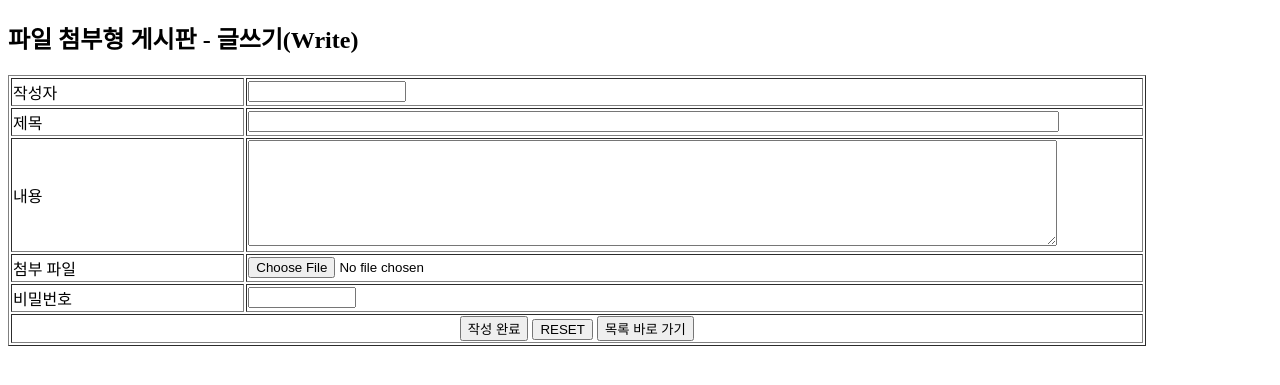
Repository: Suminmer/JSP-practice
Page: http://localhost/MustHaveJSP/14MVCBoard/Edit.jsp
The author's editor kept a copy of each file at every save. The page is drawn from the files as they stood at one save, then again after the next save.
The browser window is 1280 px wide. The pictures show the whole page.
The page is served by Tomcat 9. Other server files are loaded and not shown.

Above is the page before, as saved 2022-04-29 10:01:20.

### MustHaveJSP/src/main/webapp/14MVCBoard/Edit.jsp
<%@ page language="java" contentType="text/html; charset=UTF-8"
    pageEncoding="UTF-8"%>
<%@ taglib prefix="c" uri="http://java.sun.com/jsp/jstl/core"%>
<!DOCTYPE html>
<html>
<head>
<meta charset="UTF-8">
<title>파일 첨부형 게시판</title>
<script type="text/javascript">
	function validateForm(form) {
		if (form.name.value == "") {
			alert("작성자를 입력하세요!");
			form.name.focus();
			return false;
		}
		if (form.title.value == "") {
			alert("제목을 입력하세요!");
			form.title.focus();
			return false;
		}
		if (form.content.value == "") {
			alert("내용을 입력하세요!");
			form.content.focus();
			return false;
		}
	}
</script>
</head>
<body>
	<h2>파일 첨부형 게시판 - 글쓰기(Write)</h2>
	<form name="writeFrm" method="post" enctype="multipart/form-data" action="../mvcboard/write.do"
			onsubmit="return validateForm(this);">
	<table border="1" width="90%">
		<tr>
			<td>작성자</td>
			<td><input type="text" name="name" style="width: 150px;"/></td>
		</tr>
		<tr>
			<td>제목</td>
			<td><input type="text" name="title" style="width: 90%;"/></td>
		</tr>
		<tr>
			<td>내용</td>
			<td><textarea name="content" style="width: 90%; height: 100px;"></textarea></td>
		</tr>
		<tr>
			<td>첨부 파일</td>
			<td><input type="file" name="ofile"/>
		</tr>
		<tr>
			<td>비밀번호</td>
			<td><input type="password" name="pass" style="width: 100px;"/></td>
		</tr>
		<tr>
			<td colspan="2" align="center">
				<button type="submit">작성 완료</button>
				<button type="reset">RESET</button>
				<button type="button" onclick="location.href='../mvcboard/list.do';">목록 바로 가기</button>
			</td>
		</tr>
	</table>
	</form>
</body>
</html>

After the next save:
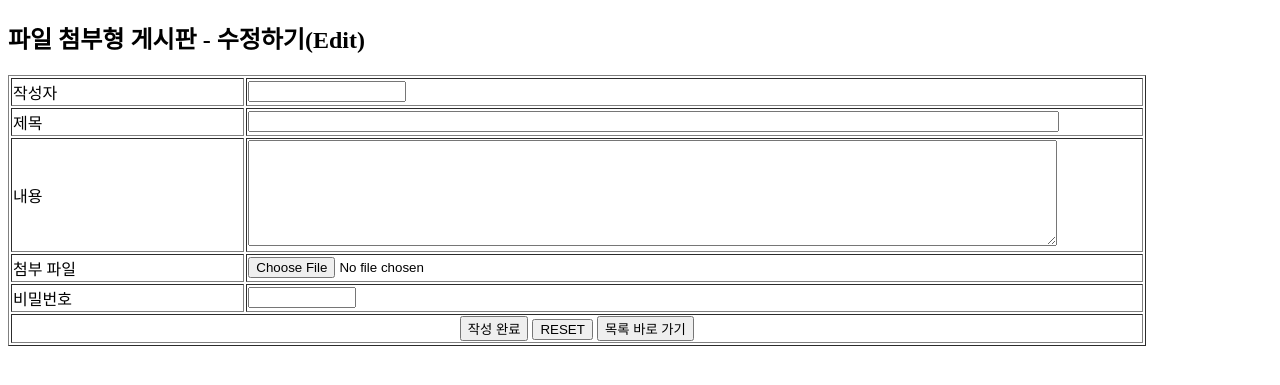
Saved 12 s later.
--- a/MustHaveJSP/src/main/webapp/14MVCBoard/Edit.jsp
+++ b/MustHaveJSP/src/main/webapp/14MVCBoard/Edit.jsp
@@ -27,7 +27,7 @@
 </script>
 </head>
 <body>
-	<h2>파일 첨부형 게시판 - 글쓰기(Write)</h2>
+	<h2>파일 첨부형 게시판 - 수정하기(Edit)</h2>
 	<form name="writeFrm" method="post" enctype="multipart/form-data" action="../mvcboard/write.do"
 			onsubmit="return validateForm(this);">
 	<table border="1" width="90%">
